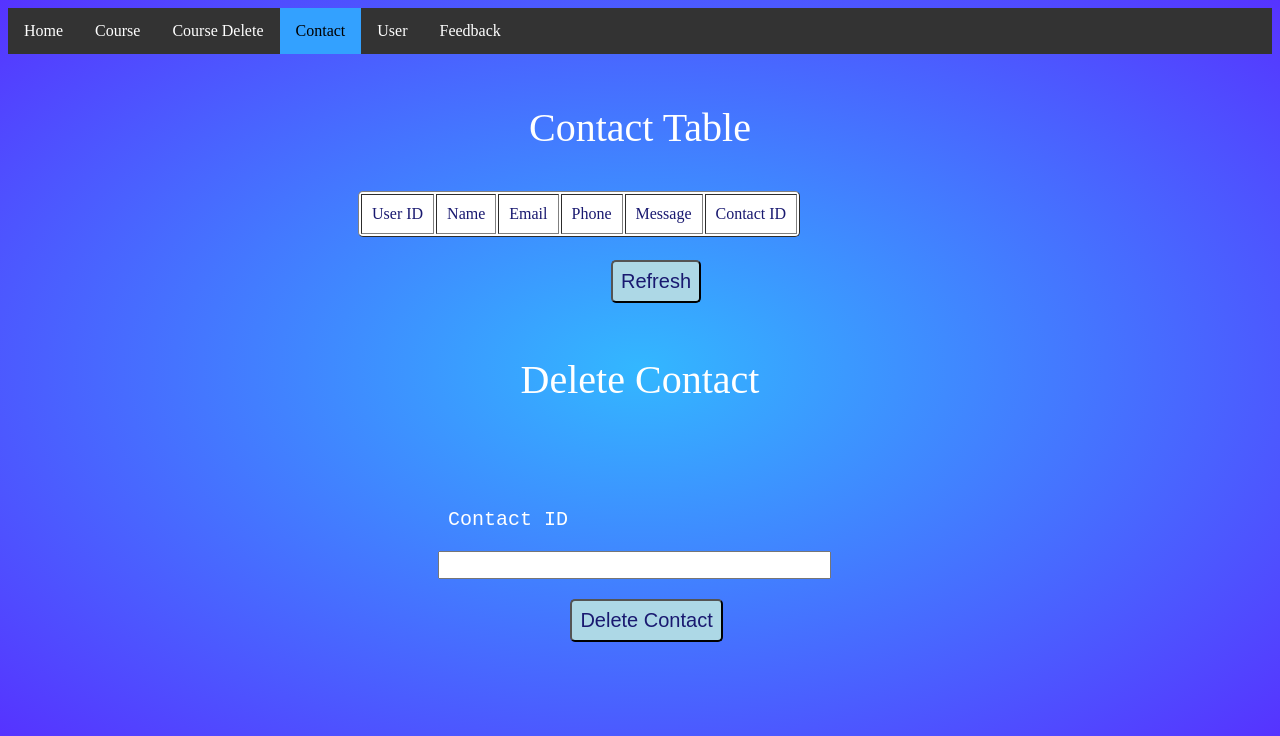
Repository: ShreyasG27/Amdocs-Training
Page: http://localhost/e-learning-frontend/contactdisplay.jsp
The author's editor kept a copy of each file at every save. The page is drawn from the files as they stood at one save, then again after the next save.
The browser window is 1280 px wide. The pictures show the whole page.
The page is served by Tomcat 9. Queries for data that is not in the repository find no rows.

Above is the page before, as saved 2021-08-23 04:07:08.

After the next save:
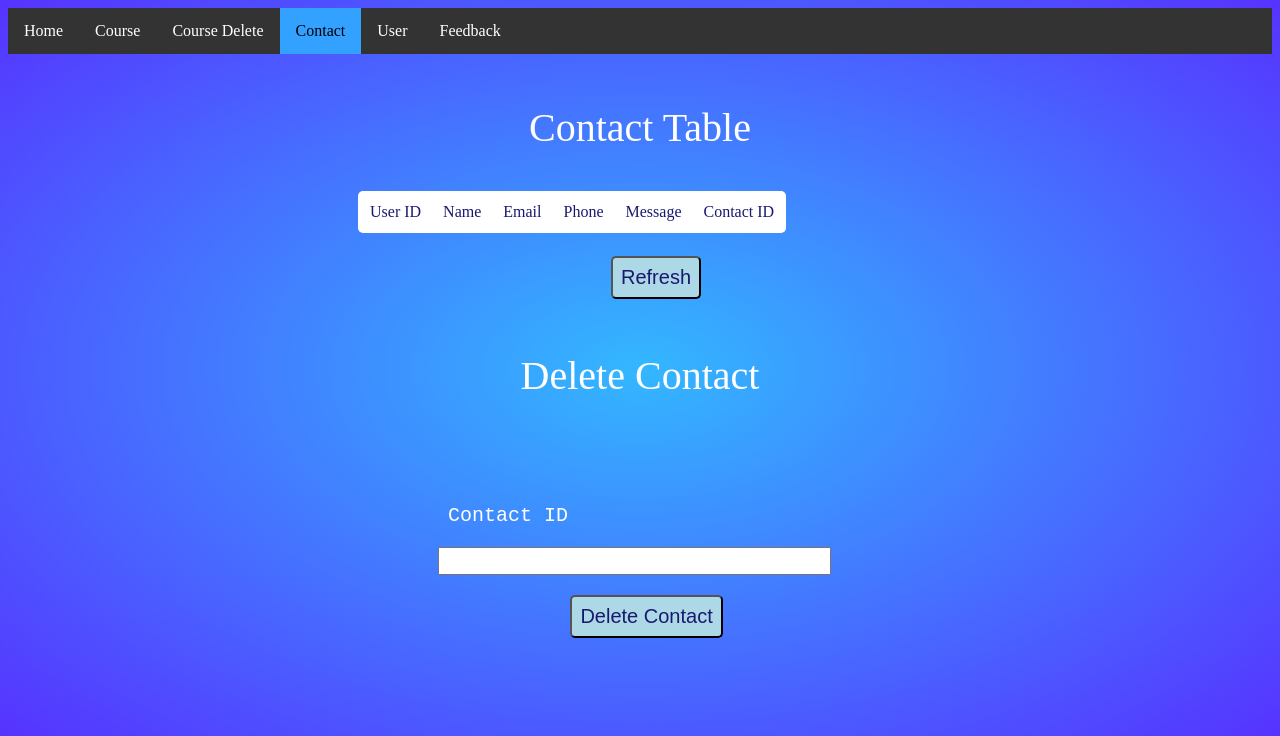
Saved 32 s later.
--- a/e-learning-frontend/src/main/webapp/contactdisplay.jsp
+++ b/e-learning-frontend/src/main/webapp/contactdisplay.jsp
@@ -149,7 +149,7 @@ statement = connection.createStatement();
 String QueryString = "SELECT * from contact";
 rs = statement.executeQuery(QueryString);
 %>
-<TABLE class="tableedit" cellpadding="10" border="1" style=" color:midnightblue;">
+<TABLE class="tableedit" cellpadding="10" style=" color:midnightblue;">
 <TR>
 <TD>User ID</TD>
 <TD>Name</TD>
